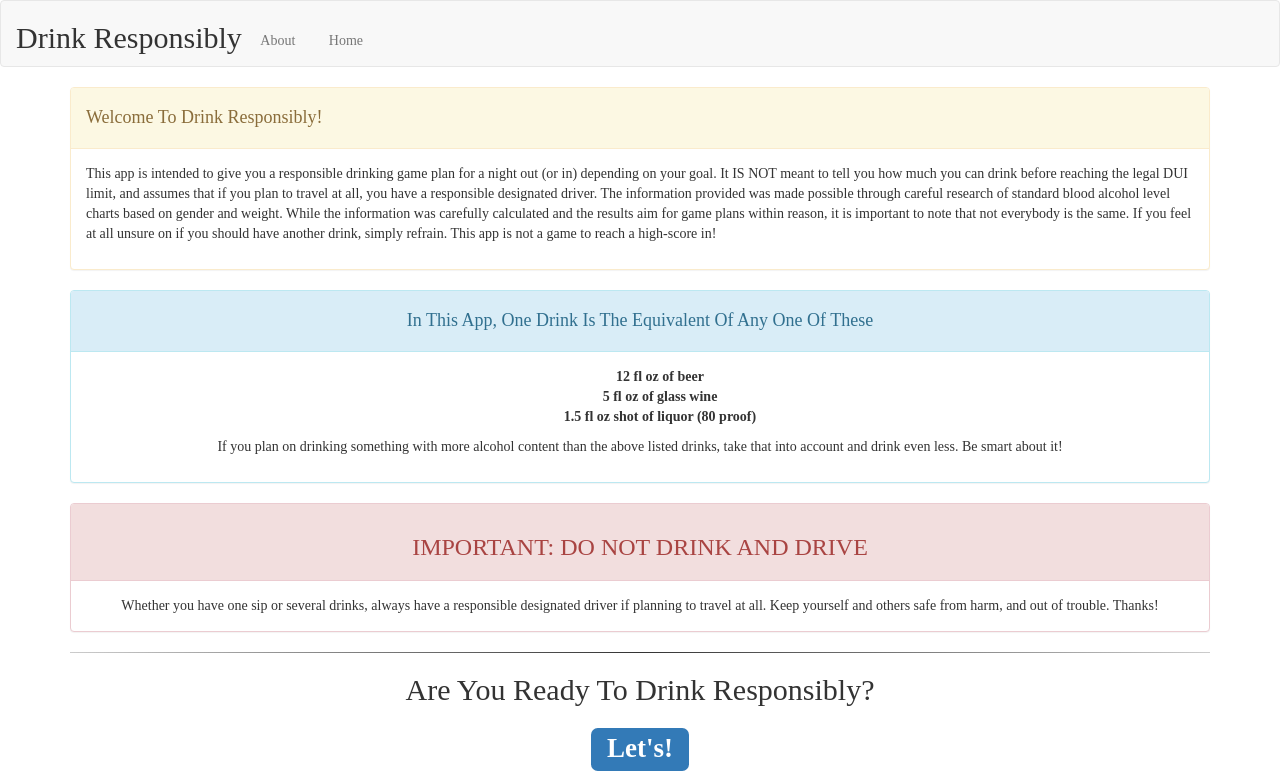
Repository: NatNat180/DrinkResponsibly
Page: http://localhost/DrinkResponsibly/
An editor plug-in stored every save of this project. The page is shown before and after the next save, followed by the edit.
The browser window is 1280 px wide. The pictures show the whole page.
Some web fonts or font styles are not loaded; a fallback is used. The page is served by Tomcat 9. Other server files are loaded and not shown.

Above is the page before, as saved 2016-04-14 00:20:28.

### DrinkResponsibly/WebContent/WEB-INF/about.jsp
<%@ page language="java" contentType="text/html; charset=UTF-8"
    pageEncoding="ISO-8859-1"%>
<%@ taglib prefix="c" uri="http://java.sun.com/jsp/jstl/core" %>
<!DOCTYPE html>
<html lang="eng">
<head>
<meta http-equiv="Content-Type" content="text/html; charset=UTF-8">
<link rel="stylesheet" type="text/css" href="bootstrap/css/bootstrap.css"/>
<link rel="stylesheet" type="text/css" href="css/style.css"/>
<title>What Is Drink Responsibly?</title>
</head>
<body>
<c:import url="/WEB-INF/navigation.html"/>
<section class="container">

<div class="panel panel-warning">
<div class="panel-heading">
<h4>Welcome To Drink Responsibly!</h4>
</div>
<div class="panel-body">
	<p>This app is intended to give you a responsible drinking game plan for a night out
	(or in) depending on your goal. It IS NOT meant to tell you how much you can drink before reaching the legal DUI limit,
	and assumes that if you plan to travel at all, you have a responsible designated driver.
	The information provided was made possible through careful research of
	standard blood alcohol level charts based on gender and weight. While the
	information was carefully calculated and the results aim for game plans
	within reason, it is important to note that not everybody is the same.
	If you feel at all unsure on if you should have another drink, simply refrain.
	This app is not a game to reach a high-score in!</p>
</div>
</div>

<div class="center-text">

	<div class="panel panel-info">
	<div class="panel-heading">
	<h4>In This App, One Drink Is The Equivalent Of Any One Of These</h4>
	</div>
	<div class="panel-body">
		<ul style="font-weight: bold;">
			<li>12 fl oz of beer</li>
			<li>5 fl oz of glass wine</li>
			<li>1.5 fl oz shot of liquor (80 proof)</li>
		</ul>
	<p>If you plan on drinking something with more alcohol content than the above
	listed drinks, take that into account and drink even less. Be smart about it!</p>
	</div>
	</div>

	<div class="panel panel-danger">
	<div class="panel-heading"><h3>IMPORTANT: DO NOT DRINK AND DRIVE</h3></div>
	<div class="panel-body">
	Whether you have one sip or several drinks, always have a responsible designated driver if planning to travel at all.
	Keep yourself and others safe from harm, and out of trouble. Thanks!
	</div>
	</div>

	<hr>

<h2>Are You Ready To Drink Responsibly?</h2>
	<h1><span class="label label-primary"><a href="form">Let's!</a></span></h1>

</div><!-- end text center -->

</section>
</body>
</html>

### DrinkResponsibly/WebContent/WEB-INF/navigation.html
<nav class="navbar navbar-default" role="navigation">
	<div class="container-fluid">
		<div class="navbar-header">
		  <h1 class="nav-title" style="font-size: 30px;">Drink Responsibly</h1>
		</div>
		<ul class="nav navbar-nav navbar-left">
			<li id="right"><a href="">&nbsp;About</a>
			<li id="right"><a href="form">&nbsp;Home</a>
		</ul>
	</div>
</nav>

### DrinkResponsibly/src/com/application/Home.java
package com.application;

import java.io.IOException;
import javax.servlet.ServletException;
import javax.servlet.annotation.WebServlet;
import javax.servlet.http.HttpServlet;
import javax.servlet.http.HttpServletRequest;
import javax.servlet.http.HttpServletResponse;

@WebServlet("")
public class Home extends HttpServlet {
	private static final long serialVersionUID = 1L;

    public Home() {
        super();

    }

	protected void doPost(HttpServletRequest request, HttpServletResponse response) throws ServletException, IOException {

		doGet(request, response);
	}

	protected void doGet(HttpServletRequest request, HttpServletResponse response) throws ServletException, IOException {

			request.getServletContext().getRequestDispatcher("/WEB-INF/about.jsp").forward(request, response);

	}

}

### DrinkResponsibly/WebContent/css/style.css
@import url(https://fonts.googleapis.com/css?family=Fjalla+One|Poiret+One|Bitter|Arvo|Amatic+SC:400,700);

/*
font-family: 'Fjalla One', sans-serif;
font-family: 'Poiret One', cursive;
font-family: 'Bitter', serif;
font-family: 'Arvo', serif;
font-family: 'Amatic SC', cursive;
*/

nav a {

	margin-top: 15px;
}

h1 {font-family: 'Poiret One', cursive;}
body {font-family: 'Arvo', serif;}
.center-text {text-align:center;}

ul {
	list-style-type: none;
}

.label a {
	color: white;
}

a:hover{
	text-decoration: none;
	color: #55555;
}

form p {
	margin-top: 5px;
	margin-bottom: 5px;
}

hr {
	border: 0;
	height: 1px;
	background: #333;
	background-image: linear-gradient(to right, #ccc, #333, #ccc);
}

Loaded but not shown: DrinkResponsibly/WebContent/bootstrap/css/bootstrap.css (library)

After the next save:
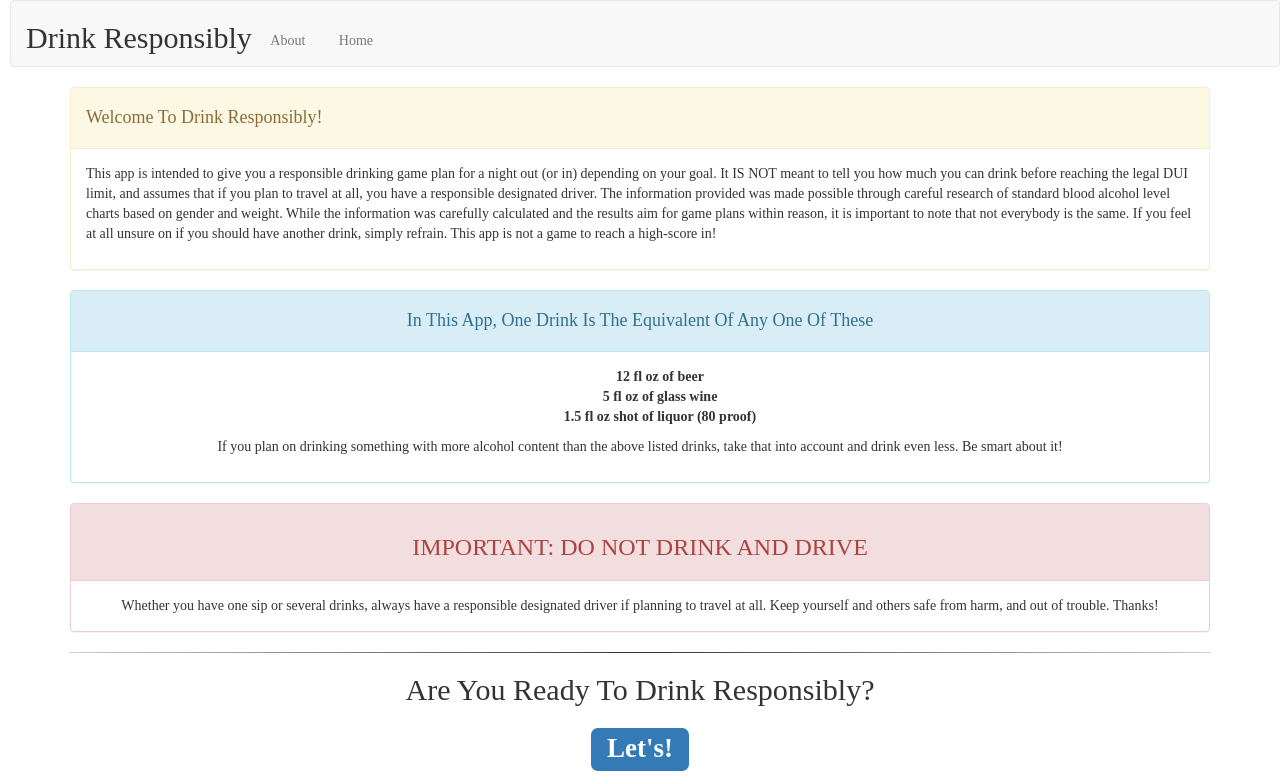
Saved 35 s later.
--- a/DrinkResponsibly/WebContent/css/style.css
+++ b/DrinkResponsibly/WebContent/css/style.css
@@ -7,6 +7,10 @@
 font-family: 'Arvo', serif;
 font-family: 'Amatic SC', cursive;
 */
+
+nav {
+	margin-left: 10px;
+}
 
 nav a {
 

After the save that followed:
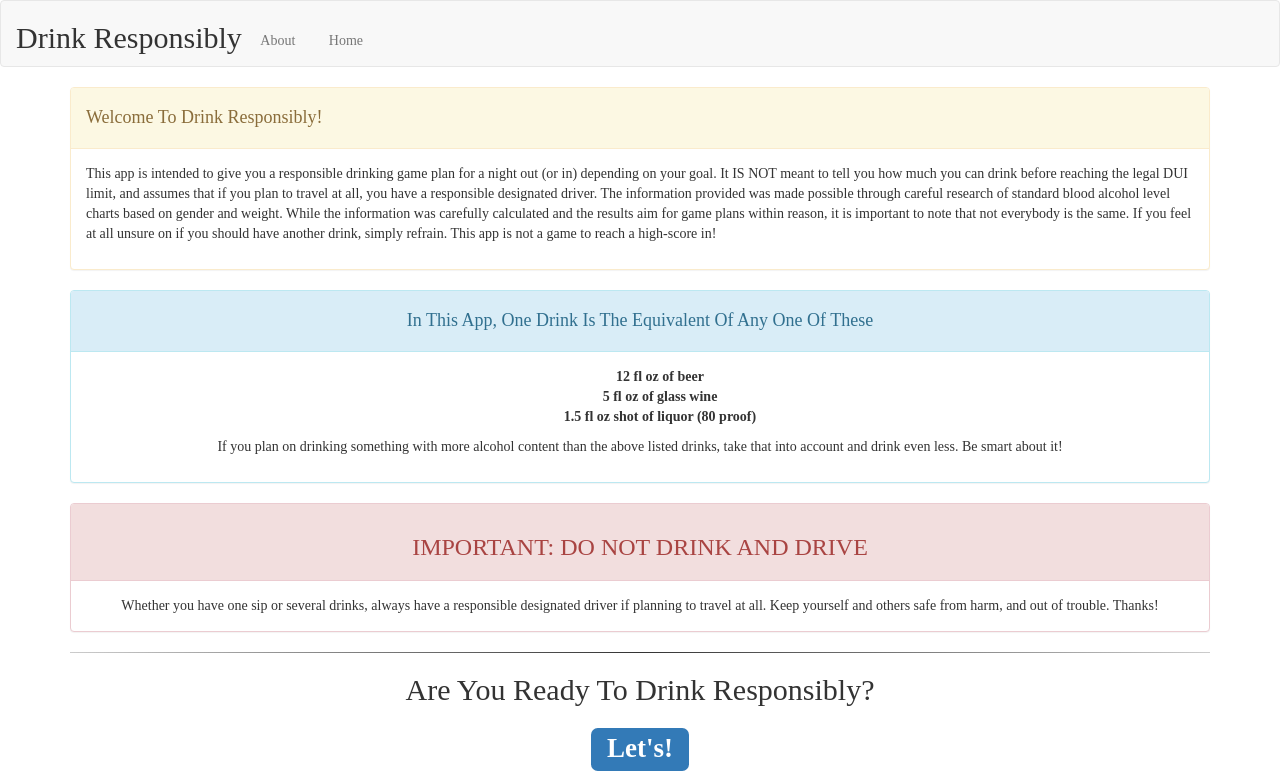
Saved 8 s later.
--- a/DrinkResponsibly/WebContent/css/style.css
+++ b/DrinkResponsibly/WebContent/css/style.css
@@ -8,7 +8,7 @@
 font-family: 'Amatic SC', cursive;
 */
 
-nav {
+nav ul {
 	margin-left: 10px;
 }
 
